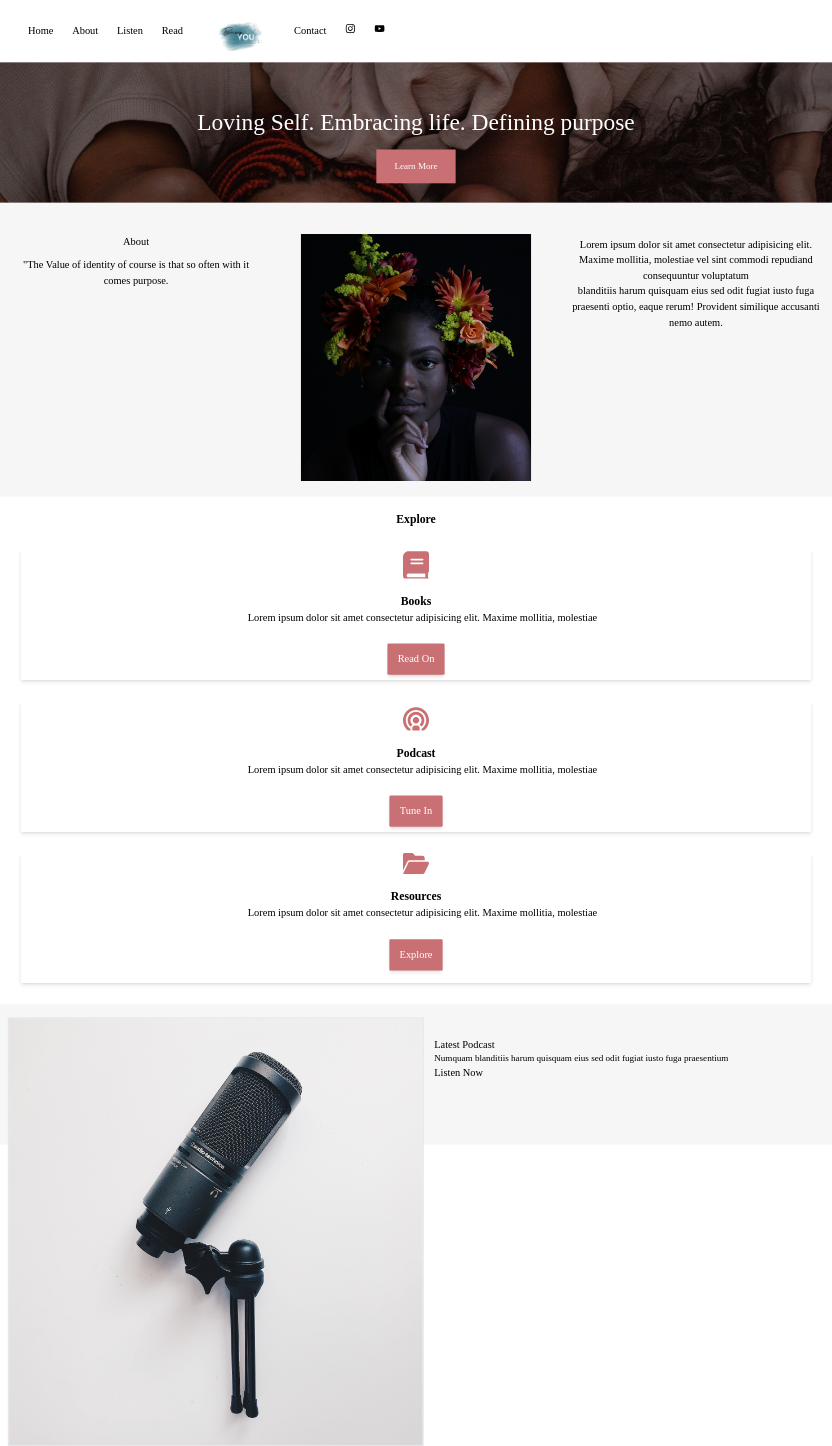
Repository: BrightonMboya/being-you
Page: /
An editor plug-in stored every save of this project. The page is shown before and after the next save, followed by the edit.
The browser window is 1280 px wide. The pictures show the whole page, at 65% of full size.
The project was rebuilt for these pictures with package versions that can differ from the ones it lists, and the page was loaded fresh each time.

Above is the page before, as saved 2022-05-28 17:22:17.

After the next save:
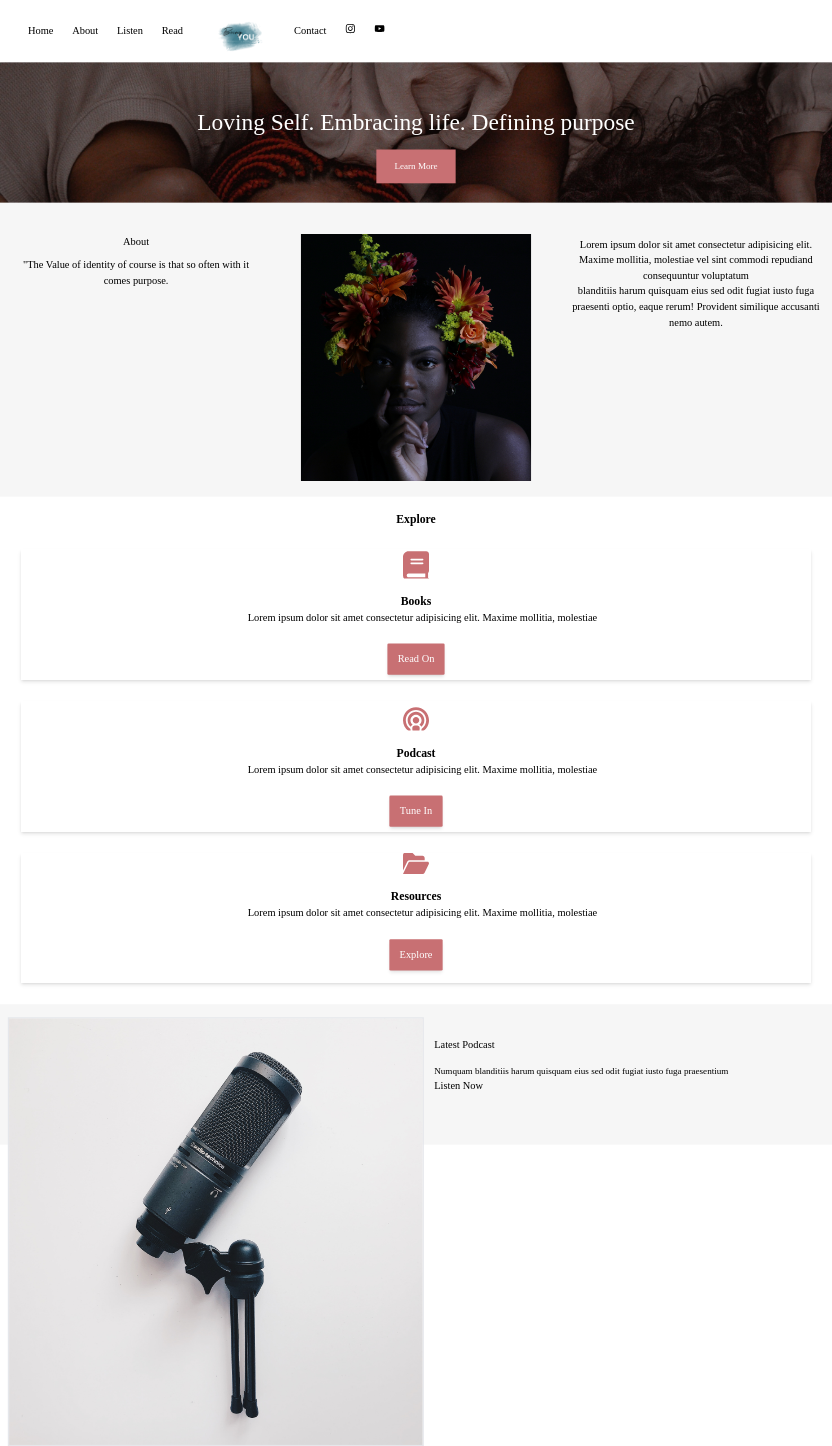
Saved 7 s later.
--- a/src/Components/Podcast/Podcast.jsx
+++ b/src/Components/Podcast/Podcast.jsx
@@ -8,7 +8,7 @@ const Podcast = () => {
         <img src={mic} alt=""  className="h-full w-25 object-cover ml-3  mt-5 border-2"/>
         <div className="mt-[7vh] ml-7">
           <h3>Latest Podcast</h3>
-          <p className="text-sm mr-5">
+          <p className="text-sm mr-5 mt-5">
             Numquam blanditiis harum quisquam eius sed odit fugiat iusto fuga
             praesentium
           </p>
